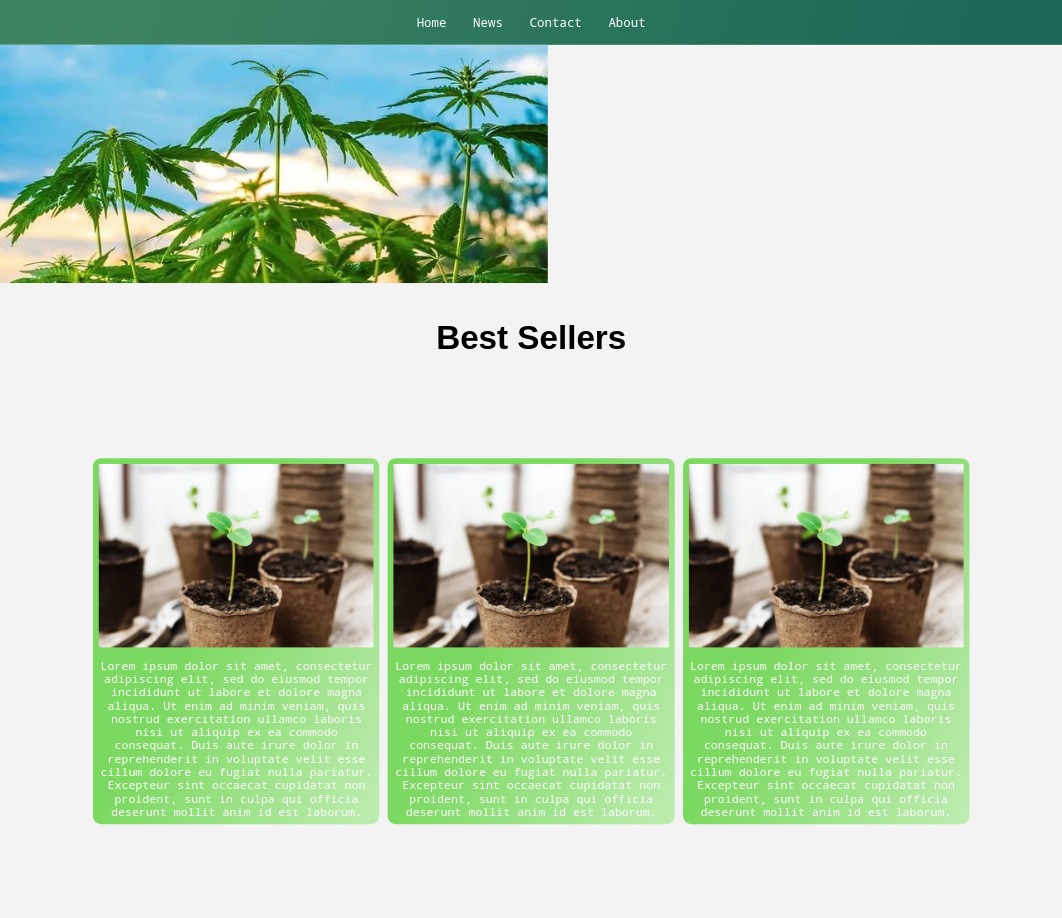
Repository: Flexo874/ISITECH-HTML-CSS
Page: index.html
An editor plug-in stored every save of this project. The page is shown before and after the next save, followed by the edit.
The browser window is 1280 px wide. The pictures show the whole page, at 83% of full size.

Above is the page before, as saved 2024-01-02 16:02:05.

### index.html
<!DOCTYPE html>
<html>
<head>
    <title>Navigation Bar</title>
     <link rel="stylesheet" type="text/css" href="./style.css">
</head>
<body>
    <ul>
        <li><a href="#home">Home</a></li>
        <li><a href="#news">News</a></li>
        <li><a href="#contact">Contact</a></li>
        <li><a href="#about">About</a></li>
    </ul>


    <div class="plante-image">
        <!-- Grande image à afficher en dessous de la barre de navigation -->
        <img src="images/22859193lpw-22859194-article-cannabis-sante-gouvernement-jpg_8577570_660x287.webp" alt="Image Plante">
    </div>

    <h1 > Best Sellers</h1>



    <div class="container">

            <div class="item">
                <a>
                <img src="images/semis-prêt-à-être-planté-dans-le-jardin.webp" alt="Logo">
                <p>Lorem ipsum dolor sit amet, consectetur adipiscing elit, sed do eiusmod tempor incididunt ut labore et dolore magna aliqua. Ut enim ad minim veniam, quis nostrud exercitation ullamco laboris nisi ut aliquip ex ea commodo consequat. Duis aute irure dolor in reprehenderit in voluptate velit esse cillum dolore eu fugiat nulla pariatur. Excepteur sint occaecat cupidatat non proident, sunt in culpa qui officia deserunt mollit anim id est laborum.</p>
                </a>
            </div>
            <div class="item">
                <a>
                <img src="images/semis-prêt-à-être-planté-dans-le-jardin.webp" alt="Logo">
                <p>Lorem ipsum dolor sit amet, consectetur adipiscing elit, sed do eiusmod tempor incididunt ut labore et dolore magna aliqua. Ut enim ad minim veniam, quis nostrud exercitation ullamco laboris nisi ut aliquip ex ea commodo consequat. Duis aute irure dolor in reprehenderit in voluptate velit esse cillum dolore eu fugiat nulla pariatur. Excepteur sint occaecat cupidatat non proident, sunt in culpa qui officia deserunt mollit anim id est laborum.</p>
                </a>
            </div>
            <div class="item">
                <a>
                <img src="images/semis-prêt-à-être-planté-dans-le-jardin.webp" alt="Logo">
                <p>Lorem ipsum dolor sit amet, consectetur adipiscing elit, sed do eiusmod tempor incididunt ut labore et dolore magna aliqua. Ut enim ad minim veniam, quis nostrud exercitation ullamco laboris nisi ut aliquip ex ea commodo consequat. Duis aute irure dolor in reprehenderit in voluptate velit esse cillum dolore eu fugiat nulla pariatur. Excepteur sint occaecat cupidatat non proident, sunt in culpa qui officia deserunt mollit anim id est laborum.</p>
                </a>
            </div>
    </div>







</body>
</html>

### style.css
*{
    margin: 0;
    padding: 0;

}
ul {
    list-style-type: none;
    margin: 0;
    padding: 0;
    overflow: hidden;
    background-image: linear-gradient( 109.6deg,  rgba(61,131,97,1) 11.2%, rgba(28,103,88,1) 91.1% );
    display: flex;
    list-style: none;
    box-sizing: border-box  ;
    justify-content: center;
}

li {
    position: relative;

}

li a {
    display: block;
    color: white;
    text-align: center;
    padding: 18px 16px;
    text-decoration: none;
    font-size: 15px;
    transition: .4s ease-in-out;
    position: center;
    font-family: "Noto Mono", monospace;

}

li a:hover {
    background-color: #111;
    border-radius: 5px;

}

h1 {
    padding: 40px;
    padding-bottom: 10px;
    margin-bottom: 10px;
    text-align: center;
    font-weight: bold;
    font-size: 40px;
}



.container {

    display: flex;
    grid-template-columns: repeat(3, 1fr);
    grid-auto-rows: minmax(300px, auto);
    gap: 10px;
    padding: 10px;;
    margin-top: 0;
    margin: 8%;
}


.item {
    align-items: center;
    justify-content: center;
    border-radius: 10px;
    display: flex;
    justify-content: center;
    align-items: center;
    background-image: linear-gradient( 117deg,  rgba(123,216,96,1) 39.2%, rgba(255,255,255,1) 156.2% );
}



.item a {
    margin: 7px;
}

.item a:hover {
    color: white;
}


.item img {
    max-width: 100%;
    height: auto;

}

.item p {
    margin-top: 10px;
    text-align: center;
    color: white;
    font-family: "Noto Mono", monospace;
    font-size: 14px;
}

body {
    font-family: 'Arial', sans-serif;
    background-color: #f3f3f3; /* Couleur de fond */
    margin: 0;
}



.hero-image img {
    width: 100%;
    max-height: auto; /* Ajustez la hauteur selon vos besoins */
    object-fit: cover;
}



.sells > .container {
    max-width: 1200px;
    margin: 20px auto;
    display: grid;
    grid-template-columns: repeat(3, 1fr);
    gap: 20px;
}

.product {
    background-color: #fff; /* Couleur de fond des produits */
    padding: 20px;
    border-radius: 10px;
    box-shadow: 0 0 10px rgba(0, 0, 0, 0.1);
    text-align: center;
}

.product img {
    max-width: 100%;
    border-radius: 5px;
}

.price {
    color: green; /* Couleur du prix */
    font-weight: bold;
    margin-top: 10px;
}

button {
    background-color: #4caf50; /* Couleur du bouton */
    color: #fff;
    padding: 10px 20px;
    border: none;
    border-radius: 5px;
    cursor: pointer;
    transition: background-color 0.3s;
}

button:hover {
    background-color: #45a049; /* Couleur du bouton au survol */
}

After the next save:
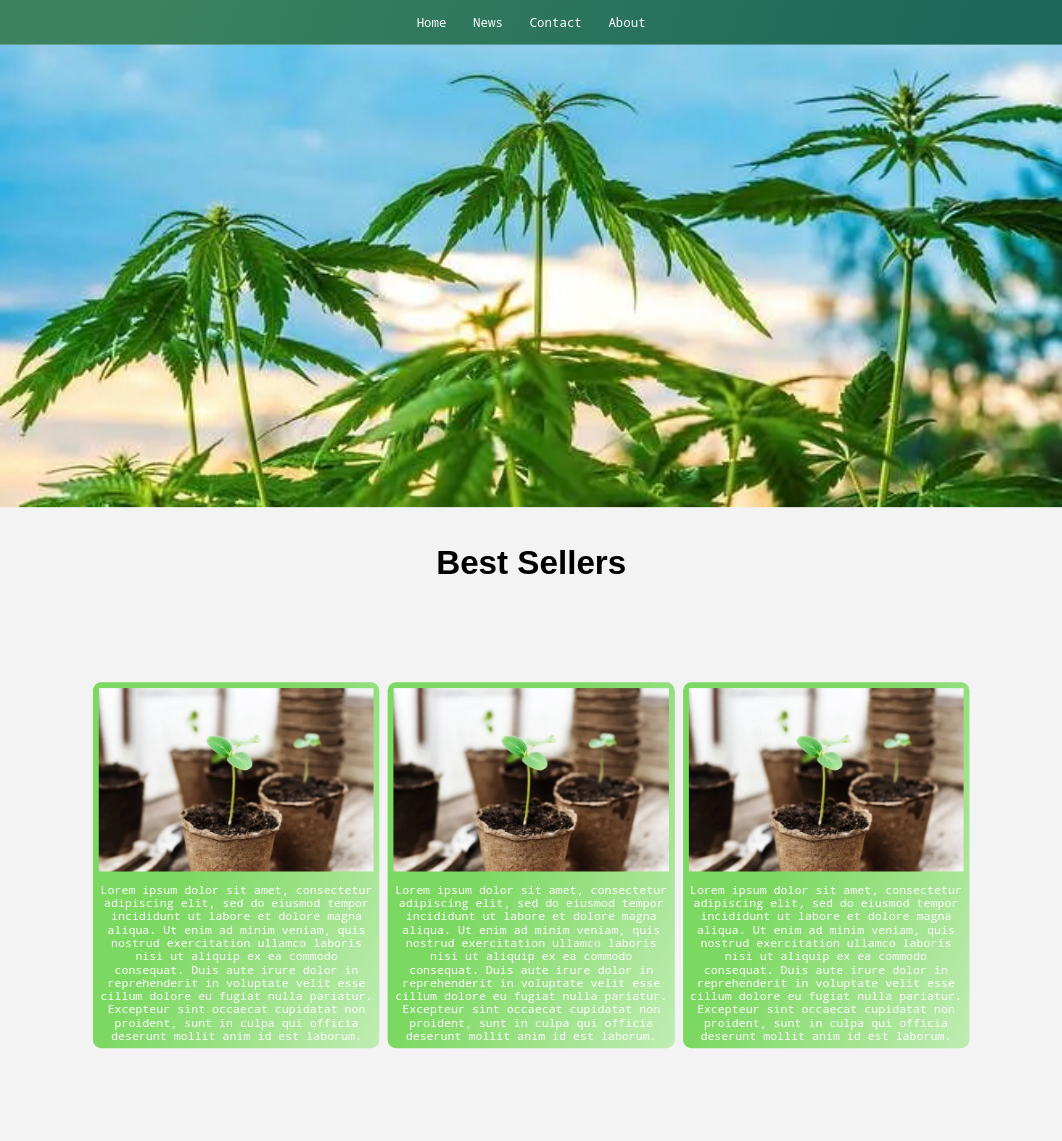
Saved 26 s later.
--- a/style.css
+++ b/style.css
@@ -105,7 +105,7 @@ body {
 
 
 
-.hero-image img {
+.plante-image img {
     width: 100%;
     max-height: auto; /* Ajustez la hauteur selon vos besoins */
     object-fit: cover;
